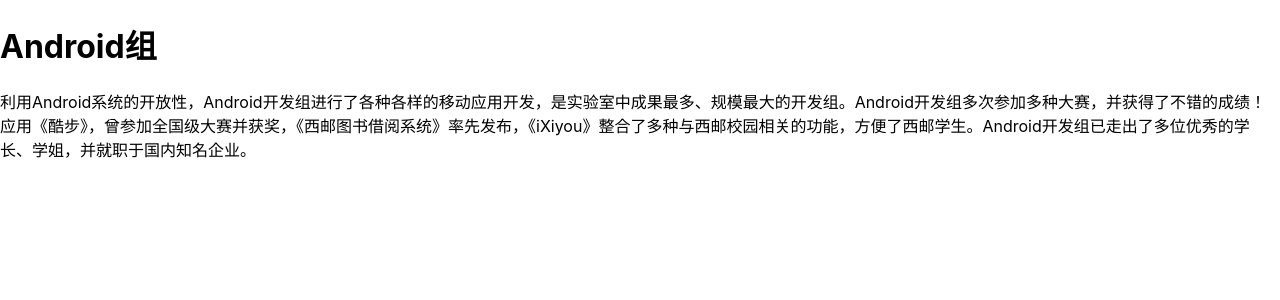
Repository: Qwenicq/new_sys
Page: /android (app in new-syws/)
These files come from the project's save history. The page is drawn as it stood at one moment and after the next save; the edit follows.
The browser window is 1280 px wide. The pictures show the whole page.
The project was rebuilt for these pictures with package versions that can differ from the ones it lists, and the page was loaded fresh each time. Also part of the build but not shown: new-syws/vite.config.js, new-syws/src/components/user.vue.

Above is the page before, as saved 2024-01-26 17:18:00.

### new-syws/src/router/index.js
import { createRouter, createWebHistory } from 'vue-router'

const router = createRouter({
  history: createWebHistory(import.meta.env.BASE_URL),
  routes: [
    { path: '/login', component: () => import('@/views/login/LoginPage.vue') },
    {
      path: '/',
      component: () => import('@/views/layout/LayoutPage.vue'),
      redirect: '/index/content',
      children: [
        {
          path: '/index/content',
          component: () => import('@/views/layout/LayContain.vue')
        },
        {
          path: '/index/user',
          component: () => import('@/views/user/UserPage.vue')
        }
      ]
    },
    {
      path: '/android',
      component: () => import('@/views/detail/AndroidPage.vue')
    },
    { path: '/ios', component: () => import('@/views/detail/IosPage.vue') },
    { path: '/lab', component: () => import('@/views/detail/LabPage.vue') },
    {
      path: '/server',
      component: () => import('@/views/detail/ServerPage.vue')
    },
    { path: '/web', component: () => import('@/views/detail/WebPage.vue') }
  ]
})

export default router

### new-syws/src/views/detail/AndroidPage.vue
<script setup></script>

<template>
  <h1>Android组</h1>
  <p>
    利用Android系统的开放性，Android开发组进行了各种各样的移动应用开发，是实验室中成果最多、规模最大的开发组。Android开发组多次参加多种大赛，并获得了不错的成绩！应用《酷步》，曾参加全国级大赛并获奖，《西邮图书借阅系统》率先发布，《iXiyou》整合了多种与西邮校园相关的功能，方便了西邮学生。Android开发组已走出了多位优秀的学长、学姐，并就职于国内知名企业。
  </p>
</template>

<style scoped></style>

Loaded but not shown: new-syws/index.html (common file); new-syws/src/main.js (common file); new-syws/src/App.vue (common file)

After the next save:
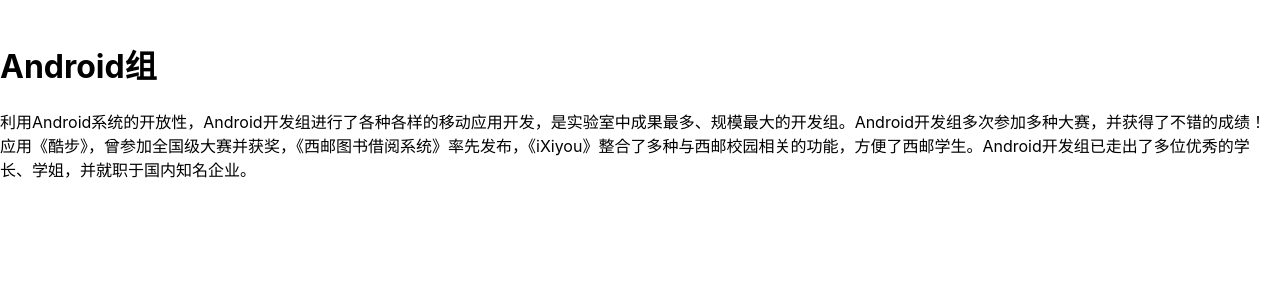
Saved 81 s later.
--- a/new-syws/src/views/detail/AndroidPage.vue
+++ b/new-syws/src/views/detail/AndroidPage.vue
@@ -1,6 +1,7 @@
 <script setup></script>
 
 <template>
+    <img />
   <h1>Android组</h1>
   <p>
     利用Android系统的开放性，Android开发组进行了各种各样的移动应用开发，是实验室中成果最多、规模最大的开发组。Android开发组多次参加多种大赛，并获得了不错的成绩！应用《酷步》，曾参加全国级大赛并获奖，《西邮图书借阅系统》率先发布，《iXiyou》整合了多种与西邮校园相关的功能，方便了西邮学生。Android开发组已走出了多位优秀的学长、学姐，并就职于国内知名企业。
